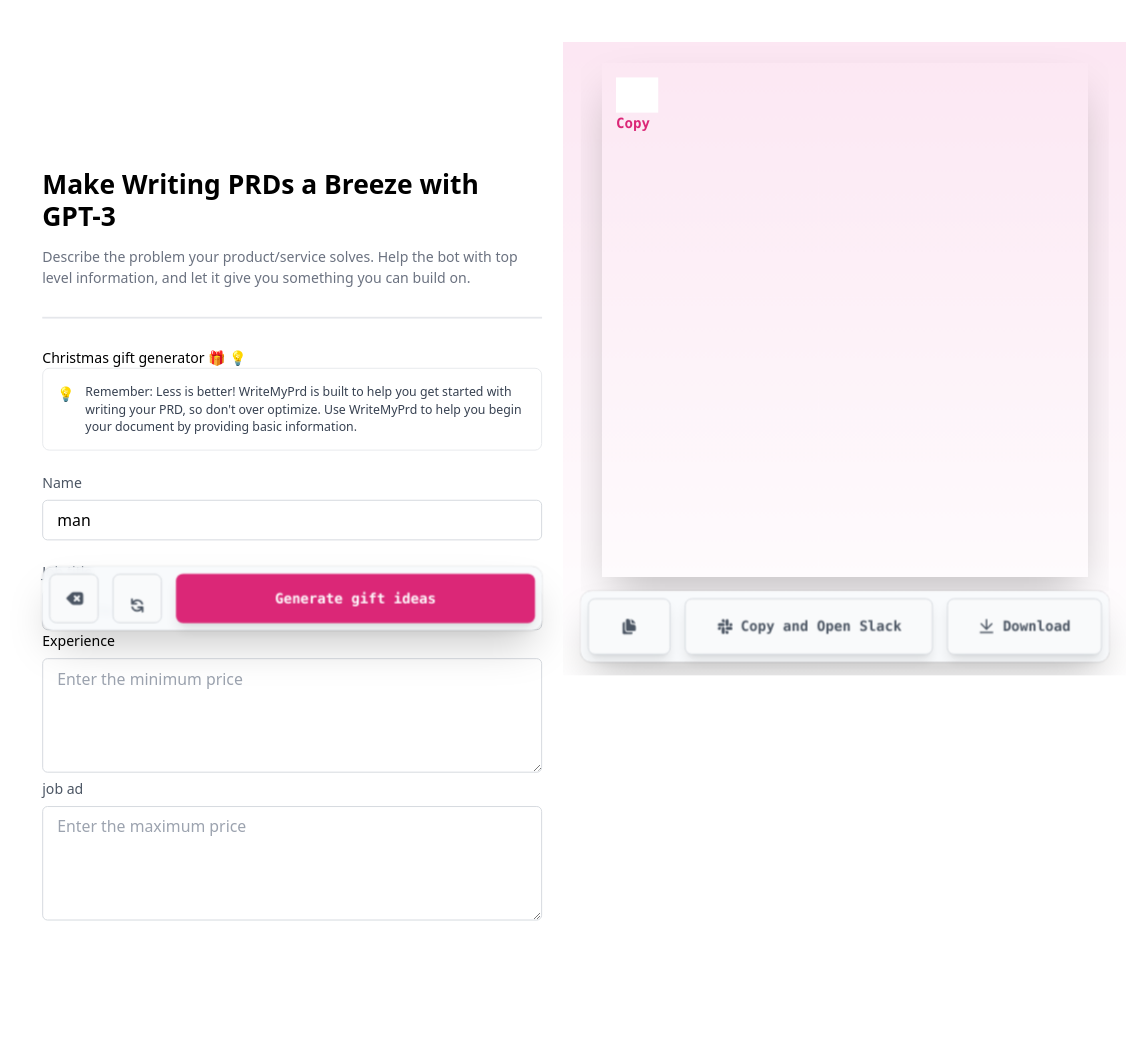
Repository: hamza-mastar/chatgpt-jpbad
Page: /
These files come from the project's save history. The page is drawn as it stood at one moment and after the next save; the edit follows.
The browser window is 1280 px wide. The pictures show the whole page, at 88% of full size.
The project was rebuilt for these pictures with package versions that can differ from the ones it lists, and the page was loaded fresh each time. The framework's server and built-in components were replaced by stand-ins that run in the browser.

Above is the page before, as saved 2023-01-30 16:43:30.

After the next save:
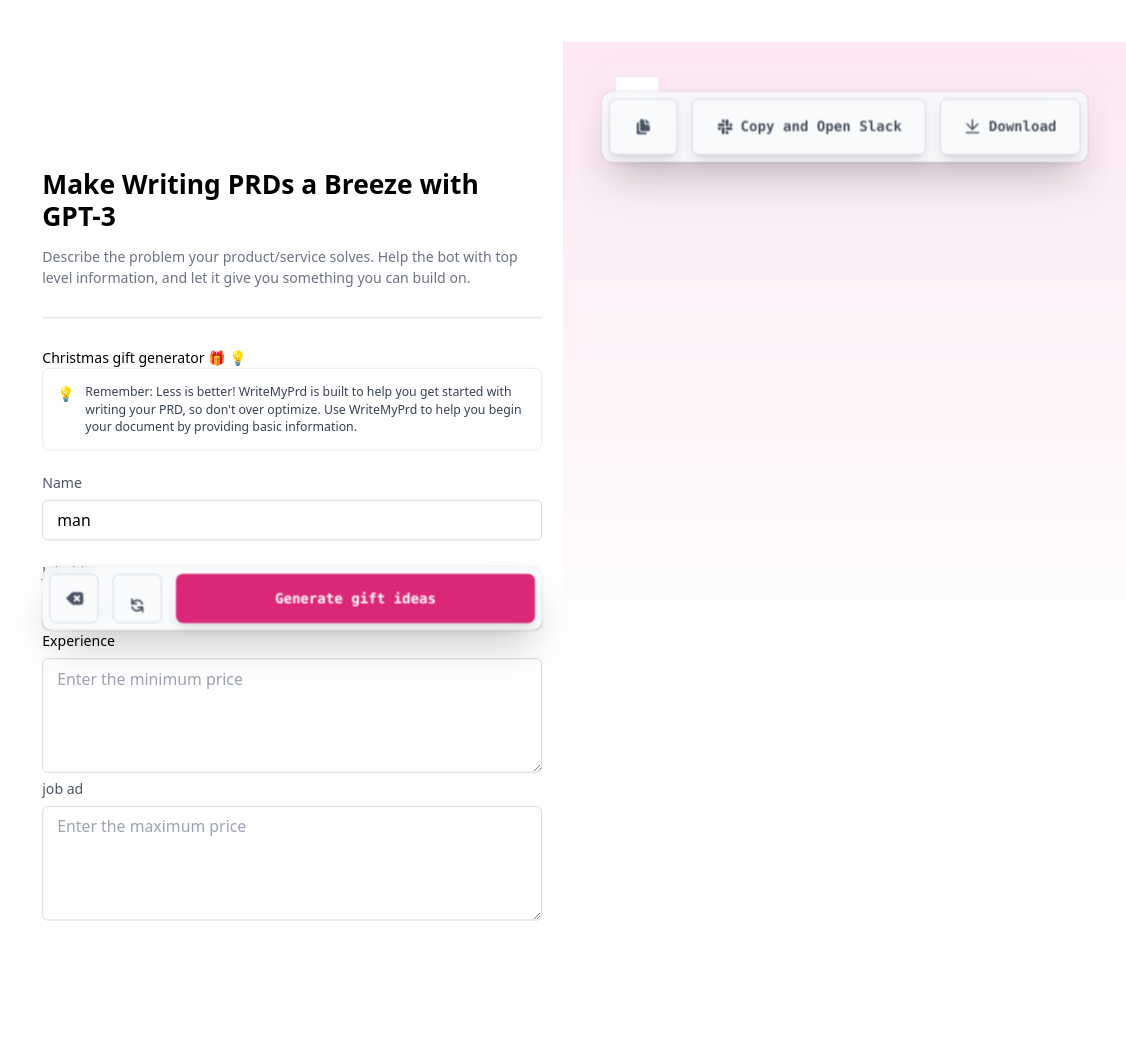
Saved 23 s later.
--- a/pages/index.js
+++ b/pages/index.js
@@ -147,8 +147,8 @@
           <div class="relative  lg:fixed right-0 bottom-0 lg:block lg:w-1/2 overflow-hidden sm:px-5 lg:h-full h-auto  top-12">
             <div class="absolute inset-0 bg-gradient-to-b from-pink-100 to-white  -z-10" >
               <div class="relative lg:fixed right-0 bottom-0 lg:block lg:w-1/2 overflow-hidden sm:px-5 lg:h-full h-auto overflow-y-auto top-12">
-                <div class="h-auto">
                 <div class="p-6 pb-0 h-[calc(100vh-6rem)] overflow-scroll" >
+                <div class="h-auto ">
                 <div class="form-textarea relative text-base overflow-scroll w-full p-4 px-8  h-[calc(100%-1rem)] shadow-2xl flex items-center justify-center" >
                 <div class="text-pink-600 font-mono text-left text-base font-semibold absolute top-4 left-4">
         {loading && (

After the 3 saves that followed:
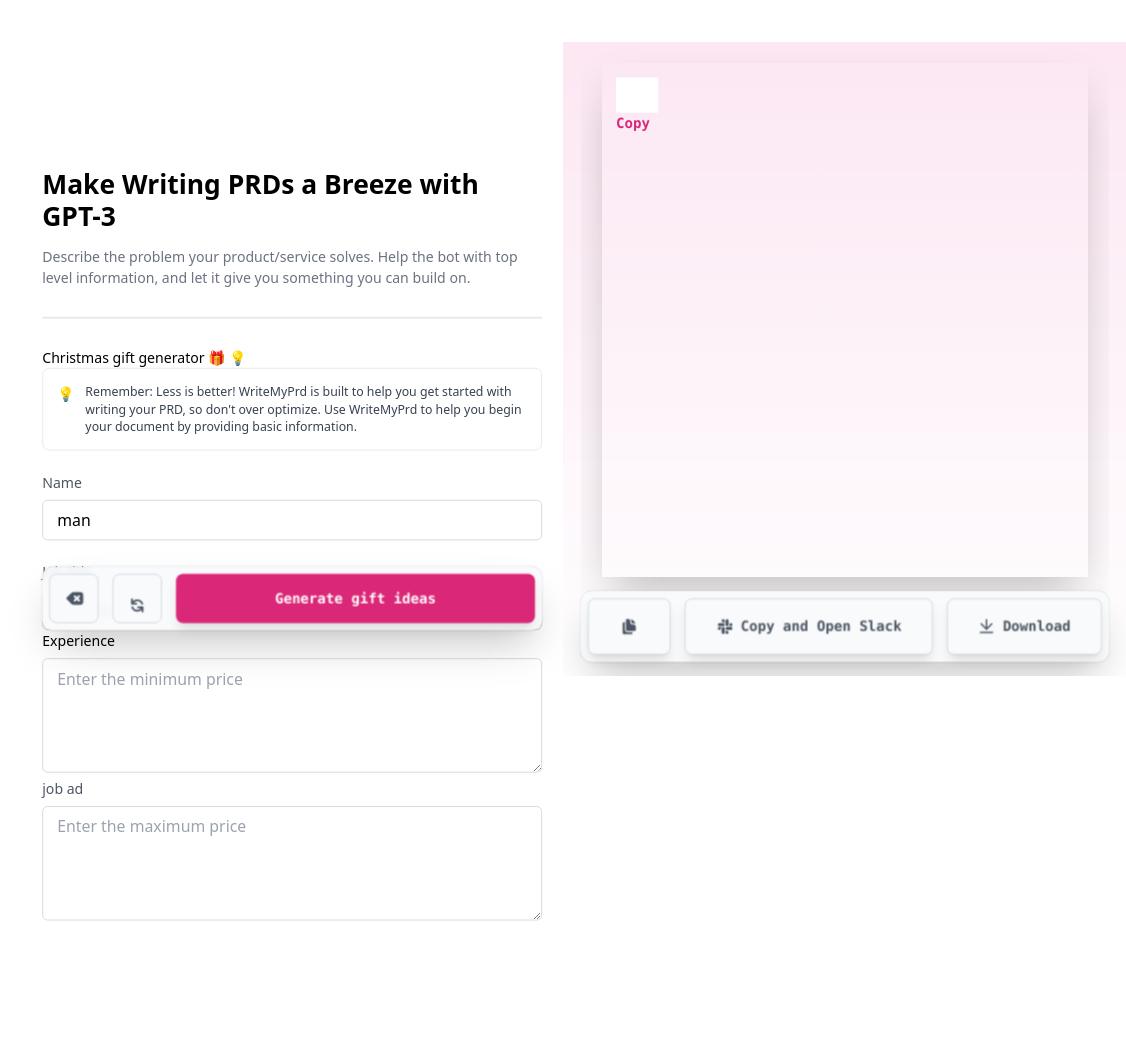
The 3 saves are shown as one change because 2 did not build or start.
The last was saved 29 s later.
--- a/pages/index.js
+++ b/pages/index.js
@@ -147,8 +147,8 @@
           <div class="relative  lg:fixed right-0 bottom-0 lg:block lg:w-1/2 overflow-hidden sm:px-5 lg:h-full h-auto  top-12">
             <div class="absolute inset-0 bg-gradient-to-b from-pink-100 to-white  -z-10" >
               <div class="relative lg:fixed right-0 bottom-0 lg:block lg:w-1/2 overflow-hidden sm:px-5 lg:h-full h-auto overflow-y-auto top-12">
+                <div class="h-auto">
                 <div class="p-6 pb-0 h-[calc(100vh-6rem)] overflow-scroll" >
-                <div class="h-auto ">
                 <div class="form-textarea relative text-base overflow-scroll w-full p-4 px-8  h-[calc(100%-1rem)] shadow-2xl flex items-center justify-center" >
                 <div class="text-pink-600 font-mono text-left text-base font-semibold absolute top-4 left-4">
         {loading && (
